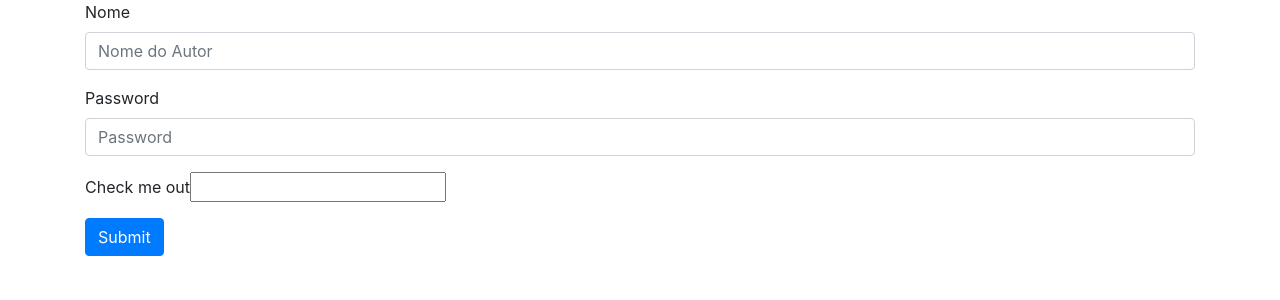
Repository: wellersonfc/simple-crud-react
Page: /
The author's editor kept a copy of each file at every save. The page is drawn from the files as they stood at one save, then again after a run of saves.
The browser window is 1280 px wide. The pictures show the whole page.
The project was rebuilt for these pictures with package versions that can differ from the ones it lists, and the page was loaded fresh each time.

Above is the page before, as saved 2019-09-22 15:24:55.

### src/App.js
import React from 'react';
import logo from './logo.svg';
import 'bootstrap/dist/css/bootstrap.min.css';
function App() {
  return (
    <div className="App">
      <div className="container">
        <div className="form-autor">
          <form>
            <div class="form-group">
              <label for="exampleInputEmail1">Nome</label>
              <input id="nome" class="form-control" type="text" name="nome" value=""  placeholder="Nome do Autor"/>
            </div>
            <div class="form-group">
              <label for="exampleInputPassword1">Password</label>
              <input type="password" class="form-control" id="exampleInputPassword1" placeholder="Password"/>
            </div>
            <div class="form-group">
              <label class="form-check-label" for="exampleCheck1">Check me out</label>
              <input id="email" type="email" name="email" value=""  />
            </div>
            <button type="submit" class="btn btn-primary">Submit</button>
        </form>
        </div>
      </div>
    </div>
  );
}

export default App;

Loaded but not shown: public/index.html (common file); src/index.js (common file); src/index.css (common file); src/serviceWorker.js (common file)

After the next 2 saves:
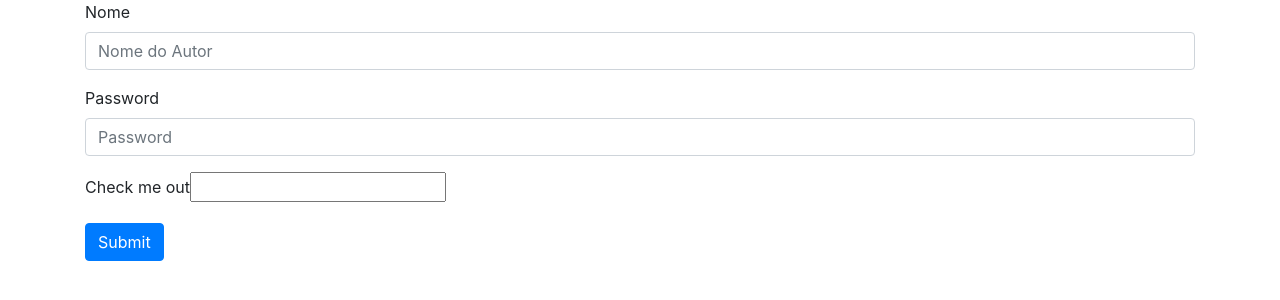
The 2 saves are shown as one change because they came seconds apart.
The last was saved 21 s later.
--- a/src/App.js
+++ b/src/App.js
@@ -16,7 +16,7 @@ function App() {
               <input type="password" class="form-control" id="exampleInputPassword1" placeholder="Password"/>
             </div>
             <div class="form-group">
-              <label class="form-check-label" for="exampleCheck1">Check me out</label>
+              <label for="exampleInputEmail1">Check me out</label>
               <input id="email" type="email" name="email" value=""  />
             </div>
             <button type="submit" class="btn btn-primary">Submit</button>
